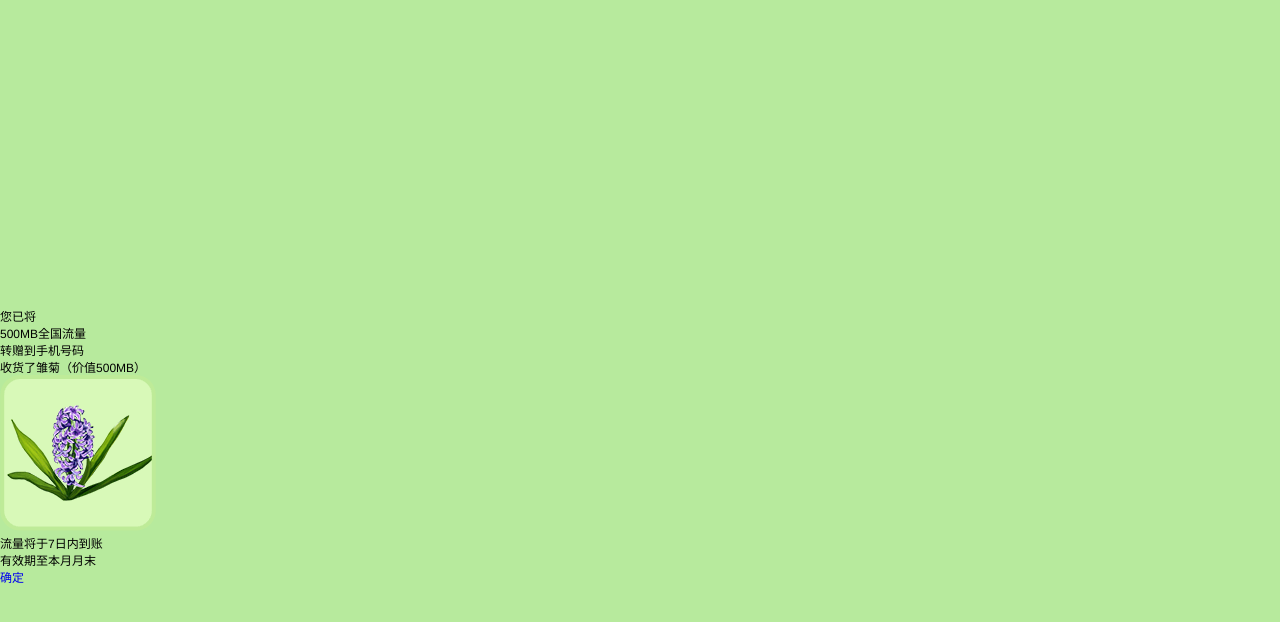
Repository: wangbiaozy/zh
Page: index.html
An editor plug-in stored every save of this project. The page is shown before and after the next save, followed by the edit.
The browser window is 1280 px wide. The pictures show the whole page.

Above is the page before, as saved 2019-03-18 19:40:12.
Console error: TypeError: Cannot read properties of undefined (reading 'style')

After the next save:
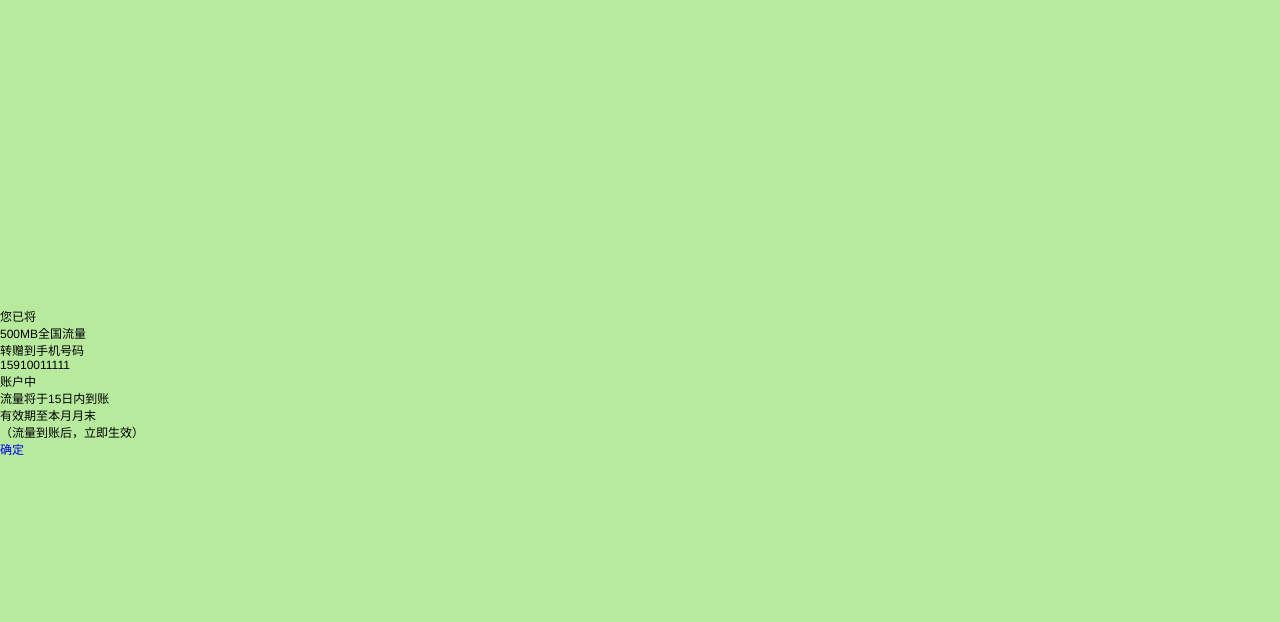
Saved 55 s later.
--- a/index.html
+++ b/index.html
@@ -345,10 +345,11 @@
             <p>您已将</p>
             <p><span>500MB</span>全国流量</p>
             <p>转赠到手机号码</p>
-            <p>收货了<span>雏菊</span>（价值<span>500MB</span>）</p>
-            <img src="./images/flower_tc_1.png" alt="">
-            <p>流量将于7日内到账</p>
+            <p>15910011111</p>
+            <p>账户中</p>
+            <p>流量将于15日内到账</p>
             <p>有效期至本月月末</p>
+            <p>（流量到账后，立即生效）</p>
             <a href=""></a>
         </div>
         <a href="javascript:void(0)">确定</a>
